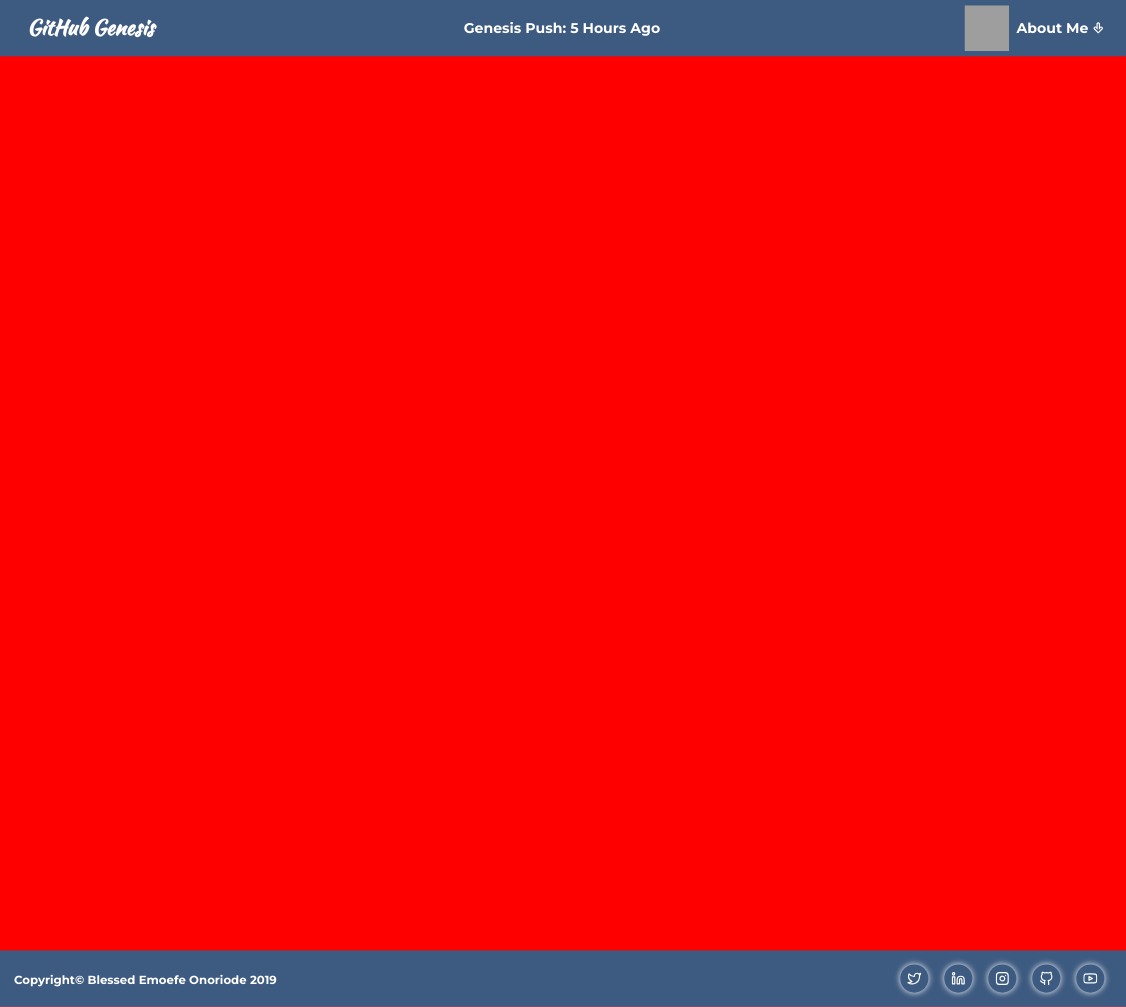
Repository: BlessedEmoefe/github-genesis
Page: /
An editor plug-in stored every save of this project. The page is shown before and after the next save, followed by the edit.
The browser window is 1280 px wide. The pictures show the whole page, at 88% of full size.
Pictures or frames that could not be fetched are drawn as grey boxes. The project was rebuilt for these pictures with package versions that can differ from the ones it lists, and the page was loaded fresh each time.

Above is the page before, as saved 2021-04-04 22:47:46.

### public/index.html
<!DOCTYPE html>
<html lang="en">
  <head>
    <meta charset="utf-8" />
    <link rel="icon" href="%PUBLIC_URL%/circle-cropped.png" />
    <meta name="viewport" content="width=device-width, initial-scale=1" />
    <meta name="theme-color" content="#000000" />
    <meta
      name="description"
      content="Web site created using create-react-app"
    />
    <link rel="apple-touch-icon" href="%PUBLIC_URL%/logo192.png" />
   <link rel="preconnect" href="https://fonts.gstatic.com">
<link href="https://fonts.googleapis.com/css2?family=Montserrat:wght@300;400;500;600;700;900&display=swap" rel="stylesheet">
<link rel="preconnect" href="https://fonts.gstatic.com">
<link href="https://fonts.googleapis.com/css2?family=Kaushan+Script&display=swap" rel="stylesheet">

    <link rel="manifest" href="%PUBLIC_URL%/manifest.json" />

    <title>React App</title>
  </head>
  <body>
    <noscript>You need to enable JavaScript to run this app.</noscript>
    <div id="root"></div>

  </body>
</html>

### src/index.js
import React from 'react';
import ReactDOM from 'react-dom';
import './index.css';
import Home from './pages/home';

ReactDOM.render(
  <React.StrictMode>
    <Home/>
  </React.StrictMode>,
  document.getElementById('root')
);

### src/index.css
body {
  margin: 0;
  font-family: 'Montserrat', sans-serif;
}
*{
  box-sizing:border-box;

}
p, b, h1, h2, h3, h4, h5, h6, span, div{
margin:0;
padding:0;
}

code {
font-family: 'Montserrat', sans-serif;
}

### src/pages/home/index.jsx
import React from "react";
import Body from "../../component/body";
import Footer from "../../component/footer";
import Header from "../../component/header";
import { HomeStyles } from "./styles";

const Home = () => {

  return (
    <HomeStyles>
      <Header />
      <Body />
      <Footer />
    </HomeStyles>
  );
};

export default Home;

### src/component/body/index.jsx
import React from 'react';
import { BodyStyles } from "./styles";

const Body = () => {
  return (
    <BodyStyles>
      <div className="bodyContainer">
        <h2>All content comes</h2>
      </div>
    </BodyStyles>
  )
}

export default Body;

### src/component/footer/index.jsx
import React from "react";
import { FooterStyles } from "./styles";
import {
  FiYoutube as Youtube,
  FiTwitter as Twitter,
  FiLinkedin as LinkedIn,
  FiInstagram as Instagram,
  FiGithub as Github
} from "react-icons/fi";

const Footer = () => {
  const socialData = [
    { name: "twitter", icon: <Twitter />, url: "#" },
    { name: "linkedIn", icon: <LinkedIn />, url: "#" },
    { name: "instagram", icon: <Instagram />, url: "#" },
    { name: "github", icon: <Github />, url: "#" },
    { name: "youtube", icon: <Youtube />, url: "#" },
  ];
  return (
    <FooterStyles>
      <div className="copyright">
        <small>Copyright© Blessed Emoefe Onoriode 2019</small>
      </div>
      <div className="socialMedia">
        {socialData.map(({ name, icon, url }) => (
          <div className="socialcontainer" name={name}>{icon}</div>
        ))}
      </div>
    </FooterStyles>
  );
};

export default Footer;

### src/component/header/index.jsx
import React, { useState, useEffect } from "react";
import Profile from "../profile";
import { HeaderStyles } from "./styles";

const Header = () => {
  const [timer, setTimer] = useState(0);

  useEffect(() => {
    const Interval = setInterval(() => {
      setTimer((timer) => timer + 1);
    }, 1000);
    return () => {
      clearInterval(Interval);
    };
  }, []);
  return (
    <HeaderStyles>
      <div className="headerTitle">
        <h2>GitHub Genesis</h2>
      </div>
      <div className="timer">
        <b>
          Genesis Push: {timer} <span>Hours Ago</span>
        </b>
      </div>
      <Profile/>
    </HeaderStyles>
  );
};

export default Header;

### src/pages/home/styles.js
import styled from "styled-components";

export const HomeStyles = styled.div`
  background: red;
  width: 100%;
  height: auto;
  margin: 0;
`;

### src/component/body/styles.js
import styled from "styled-components";

export const BodyStyles = styled.div`
  background: transparent;
  width: 100%;
  height: 150vh;
`;

### src/component/footer/styles.js
import styled from "styled-components";
import { color } from '../../config/colors';

export const FooterStyles = styled.div`
  background: ${color.primary};
  width: 100%;
  height: max-content;
  display: flex;
  justify-content: space-between;
  align-items: center;
  padding: 1rem 1rem;
  margin: 0;
  color: white;

  .copyright {
    small {
      font-weight: bolder;
      cursor: pointer;
    }
  }
  .socialMedia {
    cursor: pointer;
    display: flex;
    justify-content: space-around;
    align-items: center;
    width: 20%;

    .socialcontainer {
      border-radius: 50%;
      -webkit-box-shadow: 0px 0px 7px 0px rgba(255, 255, 255, 1);
      -moz-box-shadow: 0px 0px 7px 0px rgba(255, 255, 255, 1);
      box-shadow: 0px 0px 7px 0px rgba(255, 255, 255, 1);
      width: max-content;
      height: max-content;
      padding: 0.5rem;
      display: flex;
      justify-content: space-around;
      align-items: center;
    }
  }

  @media (max-width: 1070px) {
    .socialMedia {
      max-width: 40%;
      min-width: 30%;
    }
  }
  @media (max-width: 700px) {
    .copyright {
      font-size: 0.9rem;
      max-width: 40%;
      small {
        font-weight: bolder;
        cursor: pointer;
      }
    }
    .socialMedia {
      max-width: 60%;
      min-width: 40%;
    }
  }
  @media (max-width: 530px) {
    flex-direction: column;
    justify-content: space-around;

    .copyright {
      font-size: 1rem;
      max-width: 100%;
      padding:0.5rem 1rem 1.3rem 1rem;
      text-align: center;
    }
    .socialMedia {
      max-width: 100%;
      min-width: 100%;
    }
  }
`;

### src/component/profile/index.jsx
import React, { useState } from 'react';
import { ProfileStyles } from "./styles";
import ProfileImage from "../../assets/ProfileImage.png";
import {
  TiArrowDownOutline as ArrowDown,
  TiArrowUpOutline as ArrowUp
} from "react-icons/ti";
import { CgUserlane as BiographyIcon } from "react-icons/cg";
import { FiGithub as GithubGenesisIcon } from "react-icons/fi";
import { SiGithubactions as GitStatusIcon } from "react-icons/si";
import { AiOutlineAndroid as MyWorksIcon } from "react-icons/ai";
import { IoIosContact as ContactIcon } from "react-icons/io";

const Profile = (...otherProps) => {
  const [isOpen, setIsOpen] = useState(false);
  const OpenProfileModal =()=> {
    setIsOpen(isOpen=>!isOpen)
  }

  const profileData = [
    { icon: <GithubGenesisIcon />, name: "Github Genesis", url: "#" },
    { icon: <BiographyIcon />, name: "Short Biography", url: "#" },
    { icon: <GitStatusIcon />, name: "My Git Status", url: "#" },
    { icon: <MyWorksIcon />, name: "My Works", url: "#" },
    { icon: <ContactIcon />, name: "Contact", url: "#" },
  ];
  return (
    <ProfileStyles isOpen={isOpen}>
      <div className="aboutContainer" onClick={OpenProfileModal}>
        <div className="imageContainer">
          <img src={ProfileImage} alt="profileimg" width="100%" height="100%" />
        </div>
        <div className="profileTextAndIcon">
          <b>About Me</b>
          {isOpen ? <ArrowUp /> : <ArrowDown />}
        </div>
      </div>
      <div className="profileContentContainer">
        {profileData.map(({ icon, name, url }) => (
          <div className="profileContent">
            {icon}
            <span>{name}</span>
          </div>
        ))}
      </div>
    </ProfileStyles>
  );
}

export default Profile;

### src/component/header/styles.js
import styled from "styled-components";
import {color} from "../../config/colors"

export const HeaderStyles = styled.div`
  display: flex;
  justify-content: space-between;
  align-items: center;
  width: 100%;
  height: max-content;
  background: ${color.primary};
  padding: 0.4rem 1.5rem;
  color: white;
  font-size: 1rem;
  position:absolute;
  z-index: 2;

  .headerTitle {
    font-weight: 500;
    width: max-content;
    height: max-content;
    padding: 0.4rem;
    font-family: "Kaushan Script", cursive;
  }
  .timer {
    font-weight: 700;
  }

  @media (max-width: 650px) {
    font-size: 0.75rem;
    padding: 0.4rem 0.5rem;
    .timer {
      display: none;
    }
  }
`;

### src/config/colors/index.jsx
/*This is the color component for the app. Theming and color variations should live here */
export const color = {
  primary: "#3D5A80",
  secondary: "#EE6C4D",
  tertiary: "#293241",
  background: "#98C1D9",
  text: "#060B0F",
};

### src/component/profile/styles.js
import styled from "styled-components";
import { color } from "../../config/colors";

export const ProfileStyles = styled.div`
  height: 100%;
  width: max-content;
  z-index: 1;
  cursor: pointer;
  .aboutContainer {
     z-index: 1;
    display: flex;
    justify-content: space-around;
    align-items: center;
    .imageContainer {
      height: 3.2rem;
      width: 3.2rem;
      border-radius: 50%;
    }
    .profileTextAndIcon {
      display: flex;
      justify-content: space-around;
      align-items: center;
      flex-wrap: nowrap;
      margin-left: 0.5rem;
      b {
        font-size: 1rem;
        margin-right: 0.2rem;
      }
    }
  }
  .profileContentContainer {
    z-index: -1;
    width: max-content;
    box-shadow: 1px 1px 3px rgba(0, 0, 0, 0.3), 0 1px 3px rgba(0, 0, 0, 0.2);
    right: 5px;
    transition: 0.4s ease-in-out;
    background: ${color.primary};
    position: absolute;
    top: ${({ isOpen }) => (isOpen ? "4.1rem" : "-18rem")};
    animation: ${({ isOpen }) => (isOpen ? "slideIn" : "slideOut")} 1.2s 1;
    @keyframes slideIn {
      100% {
        top: 4.1rem;
      }
      40% {
        top: 10rem;
      }
      20% {
        top: -30rem;
      }
      0% {
        top: -20rem;
      }
    }
    @keyframes slideOut {
      0% {
        top: 4.1rem;
      }
      20% {
        top: 10rem;
      }
      100% {
        top: -20rem;
      }
    }
    border-radius: 1rem;
    display: flex;
    flex-direction: column;
    justify-content: space-between;
    align-items: flex-start;
    color: white;
    font-weight: bold;
    font-size: 1.2rem;
    .profileContent {
      width: 100%;
      padding: 0.8rem 1rem;
      display: flex;
      justify-content: flex-start;
      align-items: center;
      & > span {
        margin-left: 0.5rem;
        font-size: 0.85rem;
      }
    }
  }
`;

After the next save:
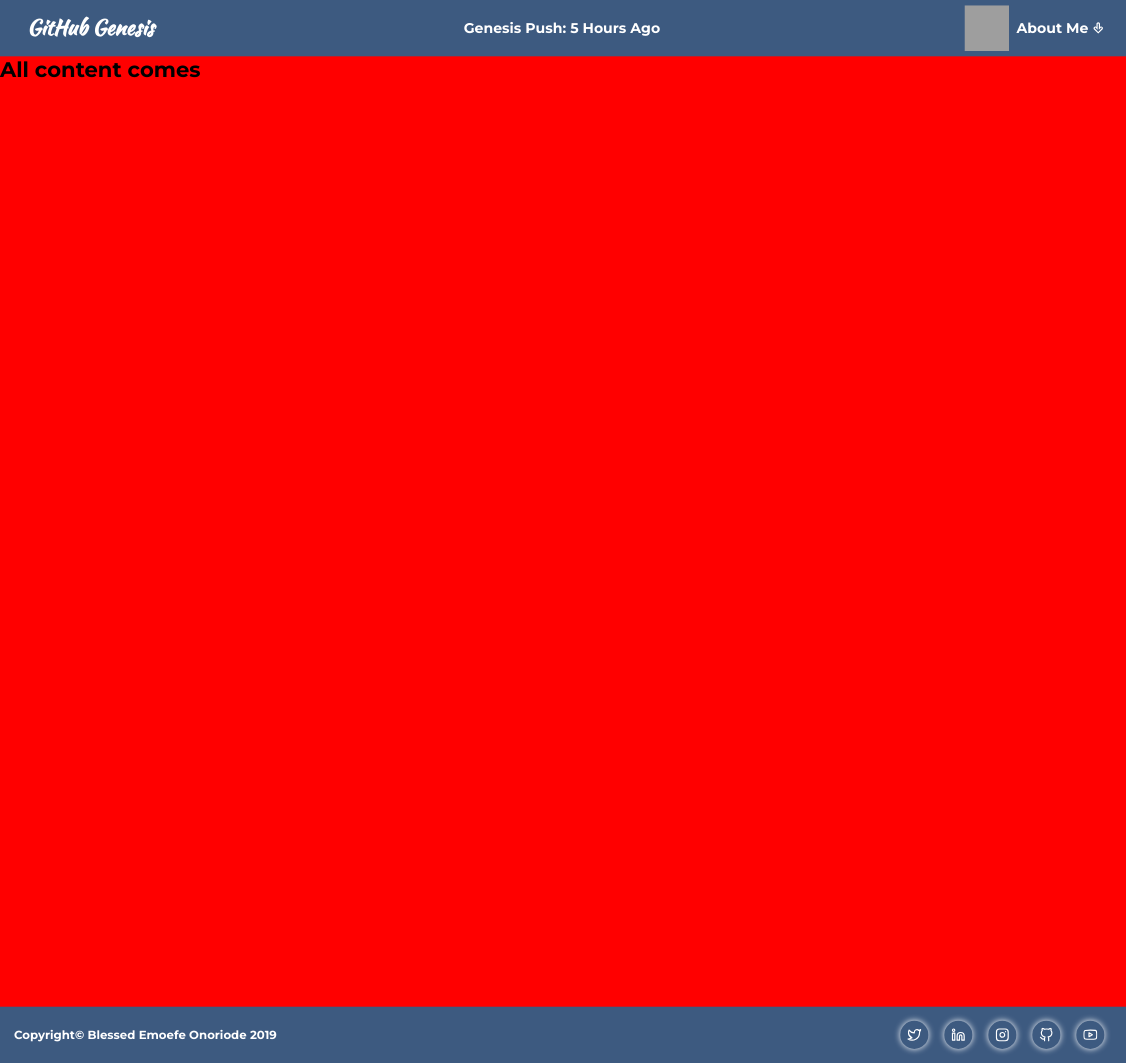
Saved 42 s later.
--- a/src/component/header/styles.js
+++ b/src/component/header/styles.js
@@ -11,8 +11,8 @@ export const HeaderStyles = styled.div`
   padding: 0.4rem 1.5rem;
   color: white;
   font-size: 1rem;
-  position:absolute;
-  z-index: 2;
+  /* position:absolute;
+  z-index: 2; */
 
   .headerTitle {
     font-weight: 500;
